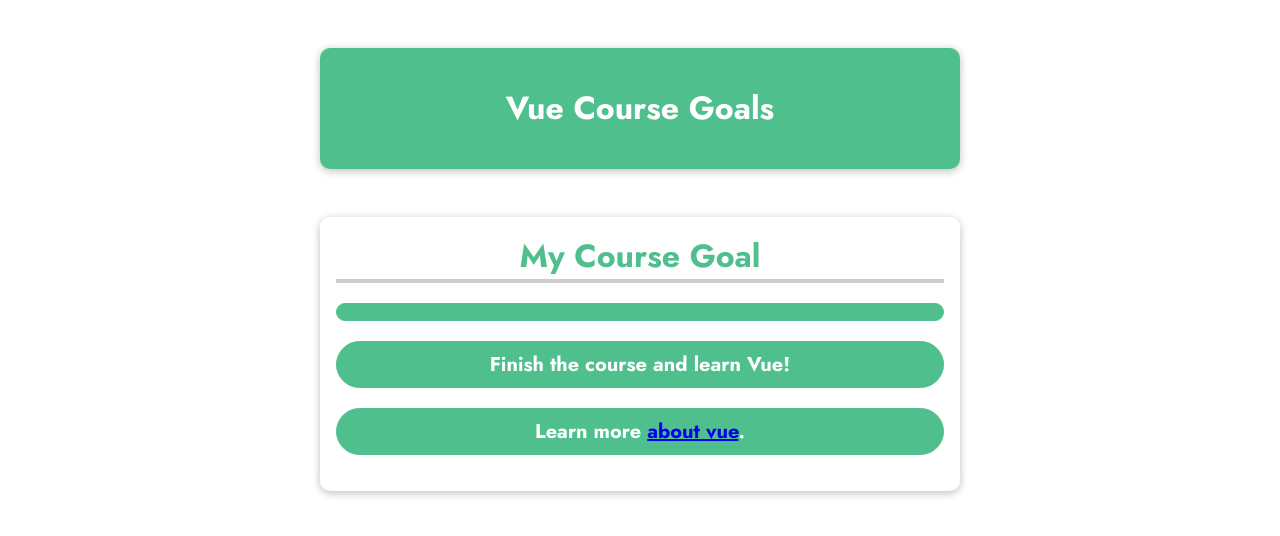
Repository: zmarkoni/Vue-The-Complete-Guide
Page: basics-01-starting-code/index.html
An editor plug-in stored every save of this project. The page is shown before and after the next save, followed by the edit.
The browser window is 1280 px wide. The pictures show the whole page.

Above is the page before, as saved 2020-12-29 10:22:15.

### basics-01-starting-code/index.html
<!DOCTYPE html>
<html lang="en">
  <head>
    <meta charset="UTF-8" />
    <meta name="viewport" content="width=device-width, initial-scale=1.0" />
    <title>Vue Basics</title>
    <link
      href="https://fonts.googleapis.com/css2?family=Jost:wght@400;700&display=swap"
      rel="stylesheet"
    />
    <link rel="stylesheet" href="styles.css" />
    <script src="https://unpkg.com/vue@next" defer></script>
    <script src="app.js" defer></script>
  </head>
  <body>
    <header>
      <h1>Vue Course Goals</h1>
    </header>
    <section id="user-goal">
      <h2>My Course Goal</h2>
      <p>{{ courseGoal }}</p>
      <p>{{ outputGoal() }}</p>
      <p>Learn more <a v-bind:href="vueLink" target="_blank">about vue</a>.</p>
    </section>
  </body>
</html>

### basics-01-starting-code/styles.css
* {
  box-sizing: border-box;
}

html {
  font-family: 'Jost', sans-serif;
}

body {
  margin: 0;
}

header {
  box-shadow: 0 2px 8px rgba(0, 0, 0, 0.26);
  margin: 3rem auto;
  border-radius: 10px;
  padding: 1rem;
  background-color: #4fc08d;
  color: white;
  text-align: center;
  width: 90%;
  max-width: 40rem;
}

#user-goal {
  box-shadow: 0 2px 8px rgba(0, 0, 0, 0.26);
  margin: 3rem auto;
  border-radius: 10px;
  padding: 1rem;
  text-align: center;
  width: 90%;
  max-width: 40rem;
}

#user-goal h2 {
  font-size: 2rem;
  border-bottom: 4px solid #ccc;
  color: #4fc08d;
  margin: 0 0 1rem 0;
}

#user-goal p {
  font-size: 1.25rem;
  font-weight: bold;
  border: 1px solid #4fc08d;
  background-color: #4fc08d;
  color: white;
  padding: 0.5rem;
  border-radius: 25px;
}

#user-goal input {
  font: inherit;
  border: 1px solid #ccc;
}

#user-goal input:focus {
  outline: none;
  border-color: #1b995e;
  background-color: #d7fdeb;
}

#user-goal button {
  font: inherit;
  cursor: pointer;
  border: 1px solid #ff0077;
  background-color: #ff0077;
  color: white;
  padding: 0.05rem 1rem;
  box-shadow: 1px 1px 2px rgba(0, 0, 0, 0.26);
}

#user-goal button:hover,
#user-goal button:active {
  background-color: #ec3169;
  border-color: #ec3169;
  box-shadow: 1px 1px 4px rgba(0, 0, 0, 0.26);
}

### basics-01-starting-code/app.js
const app = Vue.createApp({
    data() {
        return {
			courseGoalA: 'Finish the course and learn Vue!',
			courseGoalB: 'Master Vue and build amazing apps!',
			vueLink: 'https://vuejs.org/',
		};
    },
    methods: {
        outputGoal() {
            const randomNumber = Math.random();
            if (randomNumber < 0.5 ) {
                return this.courseGoalA;
            } else {
                return this.courseGoalB;
            }
        }
    }
});
app.mount('#user-goal');

After the next save:
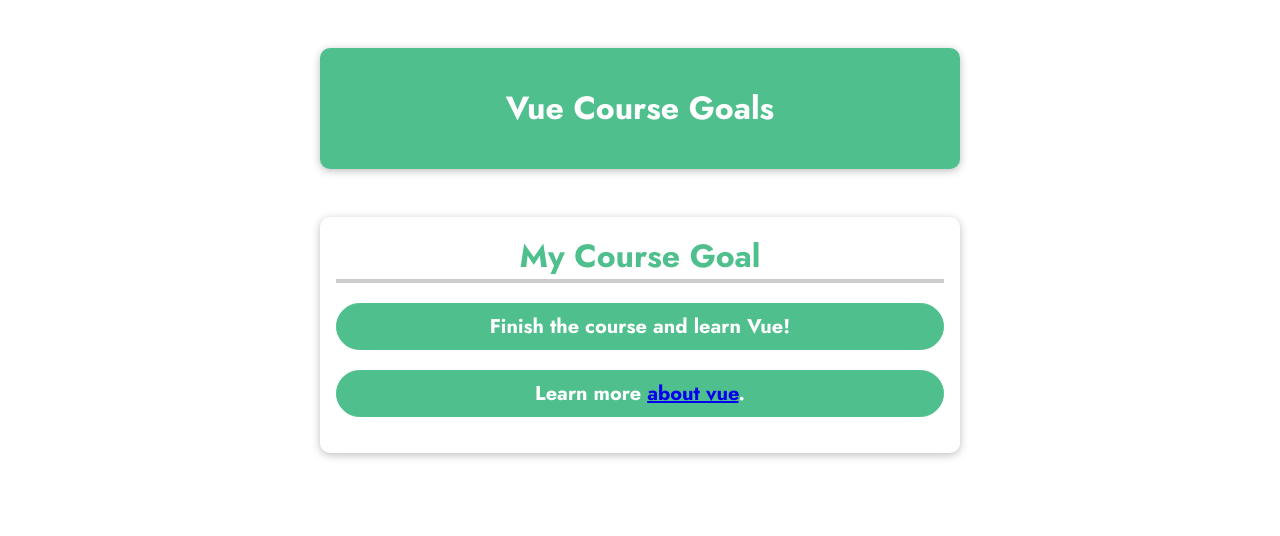
Saved 77 s later.
--- a/basics-01-starting-code/index.html
+++ b/basics-01-starting-code/index.html
@@ -18,7 +18,6 @@
     </header>
     <section id="user-goal">
       <h2>My Course Goal</h2>
-      <p>{{ courseGoal }}</p>
       <p>{{ outputGoal() }}</p>
       <p>Learn more <a v-bind:href="vueLink" target="_blank">about vue</a>.</p>
     </section>
